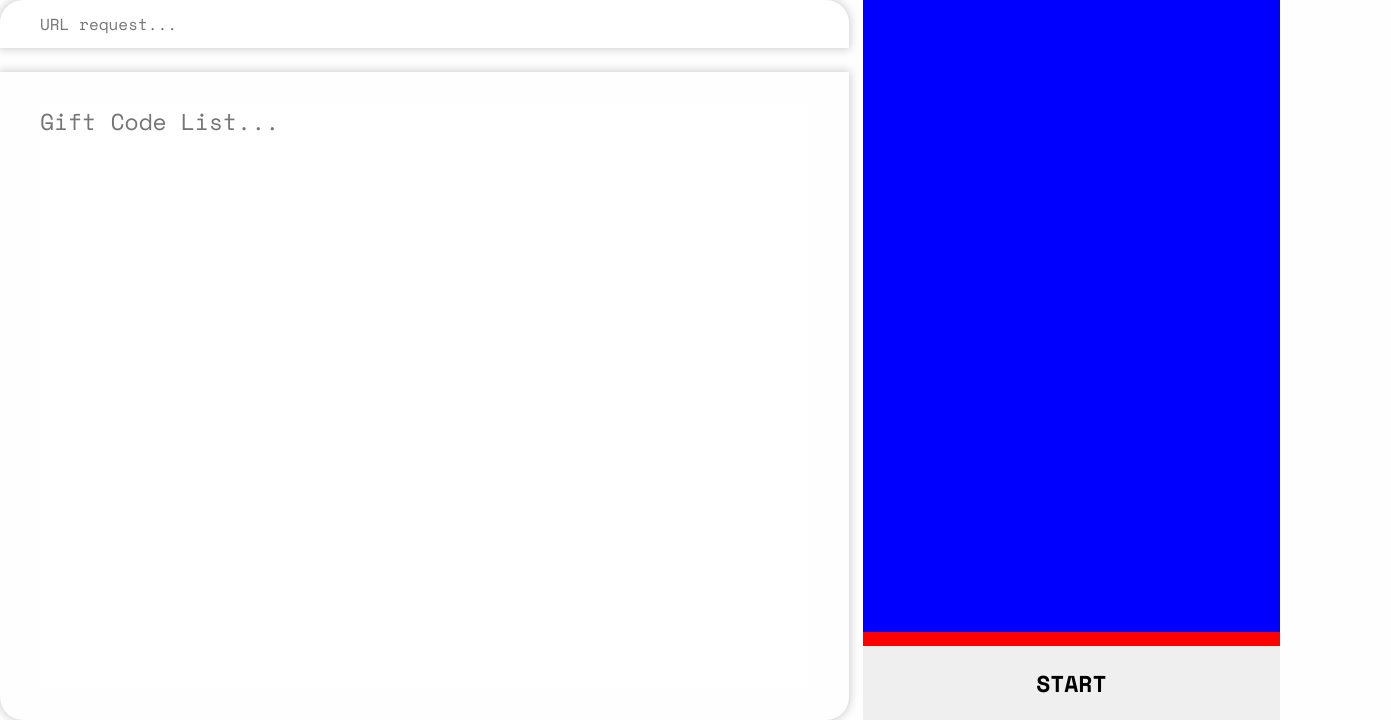
Repository: 777hanh777hanh/test
Page: index.html
These files come from the project's save history. The page is drawn as it stood at one moment and after the next save; the edit follows.
The browser window is 1280 px wide. The page is 1280 px wide, then 1391 px, then 1280 px, so the pictures cover 1391 px, including what lies to the right of the window. The pictures show the whole page.

Above is the page before, as saved 2023-06-30 17:41:58.

After the next save:
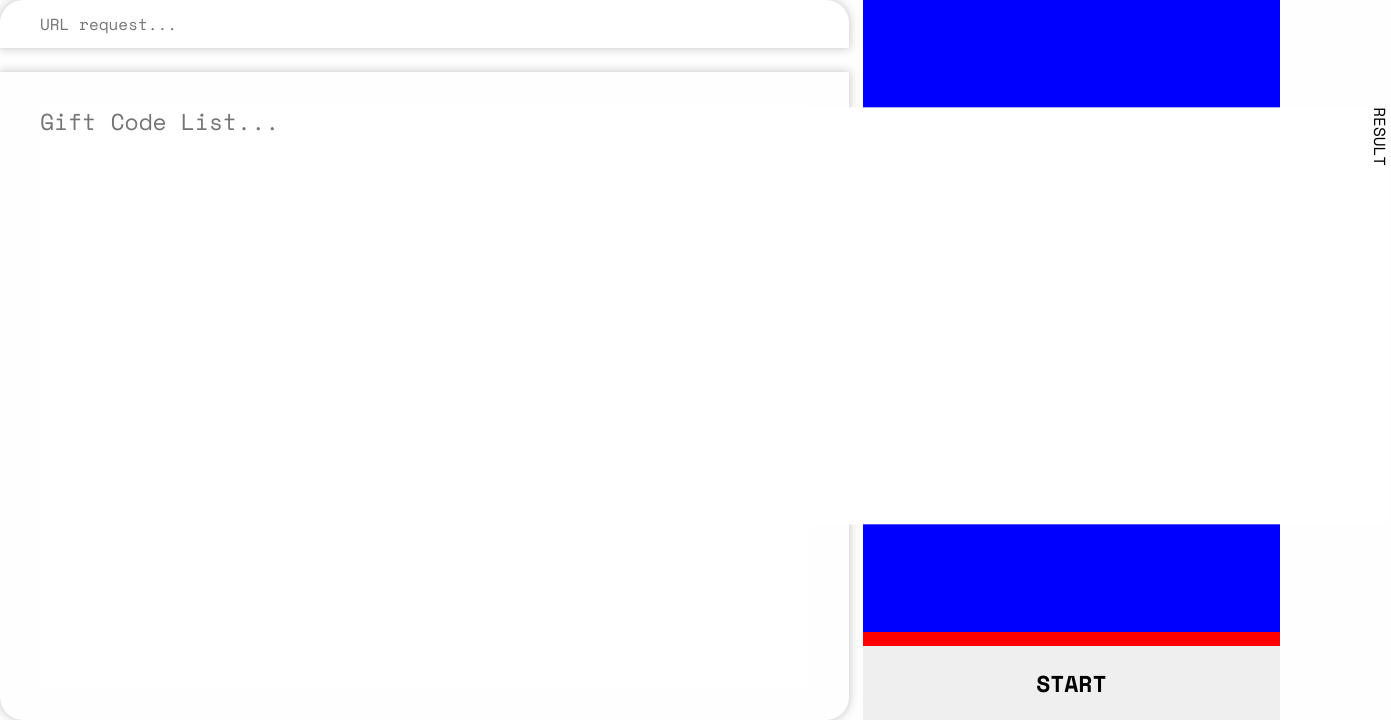
Saved 92 s later.
--- a/assets/css/style.css
+++ b/assets/css/style.css
@@ -102,7 +102,7 @@ html *::-webkit-scrollbar-track {
     text-transform: uppercase;
     z-index: 1;
     background: #fff;
-    transform: rotateX(90deg);
+    transform: rotate(90deg);
     overflow: visible;
 }
 

After the save that followed:
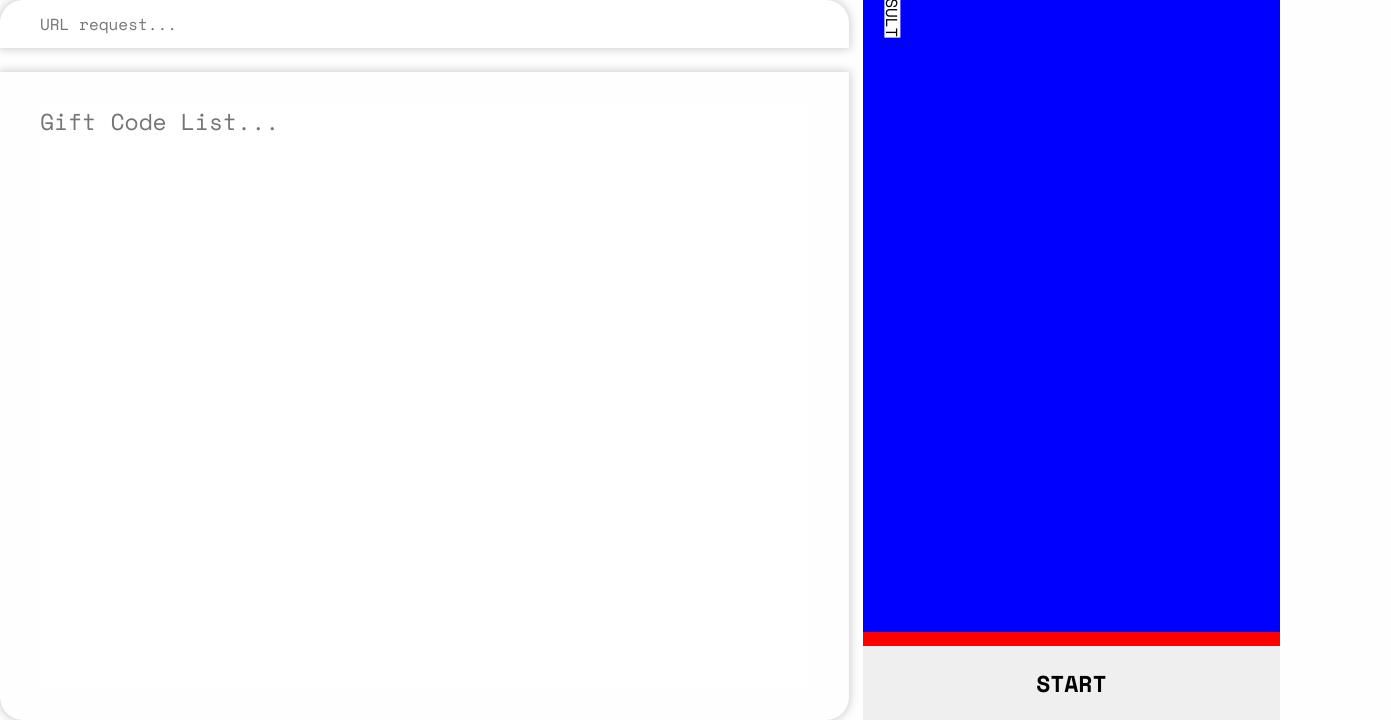
Saved 18 s later.
--- a/assets/css/style.css
+++ b/assets/css/style.css
@@ -98,7 +98,6 @@ html *::-webkit-scrollbar-track {
     position: absolute;
     display: inline-block;
     content: 'Result';
-    inset: 0;
     text-transform: uppercase;
     z-index: 1;
     background: #fff;
